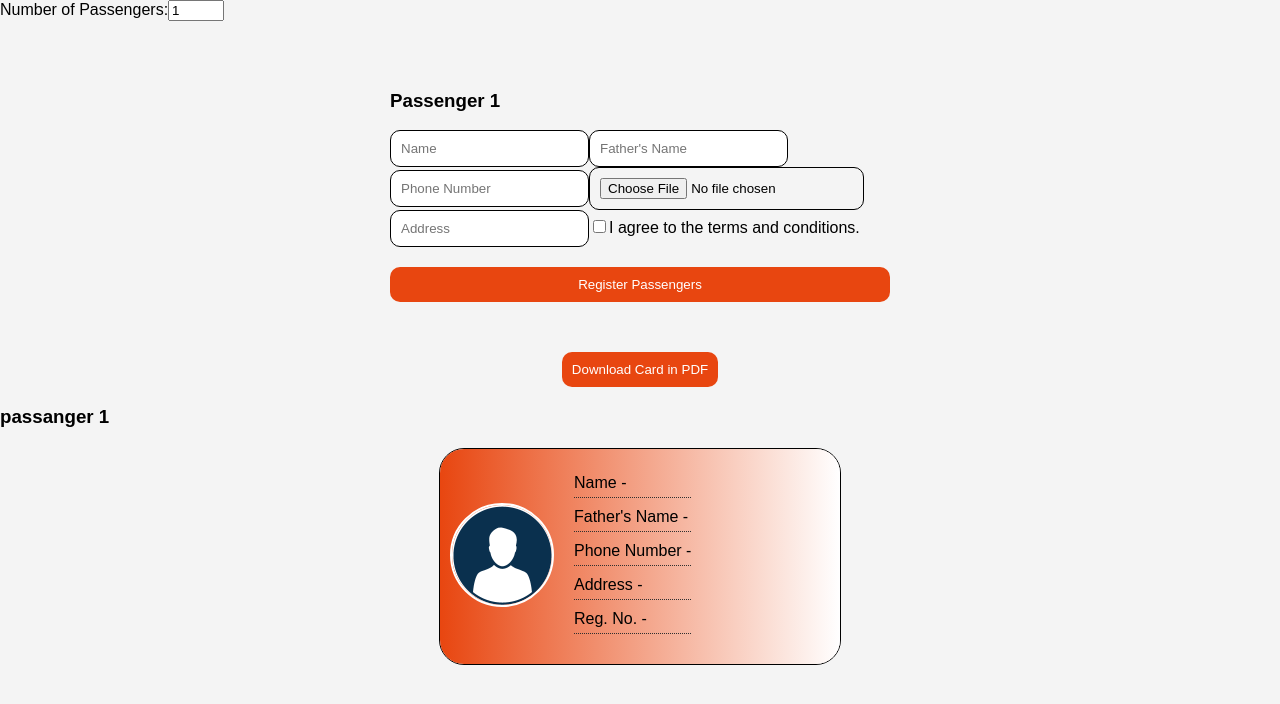
Repository: pripriya09/StudentID-Card-Download
Page: / (app in frontend/)
The author's editor kept a copy of each file at every save. The page is drawn from the files as they stood at one save, then again after the next save.
The browser window is 1280 px wide. The pictures show the whole page.
The project was rebuilt for these pictures with package versions that can differ from the ones it lists, and the page was loaded fresh each time. Also part of the build but not shown: frontend/vite.config.js.

Above is the page before, as saved 2025-01-13 12:33:53.

### frontend/src/main.jsx
import React from 'react'
import ReactDOM from 'react-dom/client'
// import App from './App'
// import './index.css'
import Form from './Form.jsx'
// import IDCardForm from './copy form/IDCardForm.jsx'

ReactDOM.createRoot(document.getElementById('root')).render(
  <React.StrictMode>
    {/* <App /> */}
    <Form/>
    {/* <IDCardForm/> */}
  </React.StrictMode>,
)

### frontend/src/Form.jsx
import React, { useState, useRef } from "react";
import jsPDF from "jspdf";
import html2canvas from "html2canvas";
import axios from "axios";
import "./App.css";

const Form = () => {
  const [count, setCount] = useState(1); // Number of passengers
  const [formData, setFormData] = useState(
    Array.from({ length: 1 }, () => ({
      name: "",
      fatherName: "",
      phoneNumber: "",
      address: "",
      consent: false,
      image: null,
    }))
  );

  const fileInputRefs = useRef([]);

  const handleCountChange = (e) => {
    const newCount = parseInt(e.target.value, 10) || 1;
    setCount(newCount);

    // Adjust form data array length
    setFormData((prevData) => {
      const updatedFormData = [...prevData];
      while (updatedFormData.length < newCount) {
        updatedFormData.push({
          name: "",
          fatherName: "",
          phoneNumber: "",
          address: "",
          consent: false,
          image: null,
        });
      }
      return updatedFormData.slice(0, newCount);
    });
  };

  const handleChange = (index, e) => {
    const { name, value, type, checked, files } = e.target;
    setFormData((prevData) => {
      const updatedData = [...prevData];
      if (type === "checkbox") {
        updatedData[index][name] = checked;
      } else if (type === "file") {
        const reader = new FileReader();
        reader.onloadend = () => {
          updatedData[index][name] = reader.result;
          setFormData(updatedData);
        };
        if (files[0]) reader.readAsDataURL(files[0]);
      } else {
        updatedData[index][name] = value;
      }
      return updatedData;
    });
  };

  const handleSubmit = async (e) => {
    e.preventDefault();

    // Ensure all passengers have agreed to terms
    if (formData.some((data) => !data.consent)) {
      alert("All passengers must agree to the terms and conditions.");
      return;
    }

    try {
      const formDataToSubmit = formData.map((data) => {
        // Convert the data into a format the backend expects
        const { name, fatherName, phoneNumber, address, image, consent } = data;
        return {
          name,
          fatherName,
          phoneNumber,
          address,
          image, // Base64 image
          consent,
        };
      });

      const response = await axios.post("http://localhost:6009/api/students", {
        passengers: formDataToSubmit,
      });

      if (response.status === 200) {
        alert("Passengers registered successfully.");
        console.log("Response Data:", response.data);

        // If the backend provides registration numbers, update the state
        setFormData((prevData) =>
          prevData.map((data, index) => ({
            ...data,
            registrationNumber: response.data.registrationNumbers[index],
          }))
        );
      } else {
        alert("Failed to register passengers. Please try again.");
      }
    } catch (error) {
      console.error("Error submitting form:", error);
      alert("An error occurred while submitting the form.");
    }
  };

  const handleDownloadPDF = () => {
    const pdf = new jsPDF();
    const idCardElements = document.querySelectorAll(".student_id");

    Promise.all(
      Array.from(idCardElements).map((card) =>
        html2canvas(card, { scale: 1 }).then((canvas) =>
          canvas.toDataURL("image/png")
        )
      )
    ).then((images) => {
      const pdfWidth = pdf.internal.pageSize.getWidth();
      const pdfHeight = pdf.internal.pageSize.getHeight();

      // Define ID card dimensions and spacing
      const cardWidth = 100; // Set desired width for the ID card
      const cardHeight = 60; // Set desired height for the ID card
      const margin = 10; // Margin between cards
      const cardsPerRow = Math.floor(
        (pdfWidth - margin) / (cardWidth + margin)
      );

      let x = margin;
      let y = margin;

      images.forEach((imgData, index) => {
        // Add image to the PDF
        pdf.addImage(imgData, "PNG", x, y, cardWidth, cardHeight);

        // Update x and y for the next card
        x += cardWidth + margin;

        // Move to the next row if the current row is full
        if ((index + 1) % cardsPerRow === 0) {
          x = margin;
          y += cardHeight + margin;

          // Add a new page if the current page is full
          if (y + cardHeight + margin > pdfHeight) {
            pdf.addPage();
            y = margin;
          }
        }
      });

      // Save the PDF
      pdf.save("Passenger_ID_Cards.pdf");
    });
  };

  return (
    <div className="maincontainer">
      <div className="App">
        <label>
          Number of Passengers:
          <input
            type="number"
            min="1"
            max="10"
            value={count}
            onChange={handleCountChange}
          />
        </label>
        <form onSubmit={handleSubmit}>
          {formData.map((data, index) => (
            <div key={index} className="form-section">
              <h3>Passenger {index + 1}</h3>
              <input
                type="text"
                name="name"
                placeholder="Name"
                value={data.name}
                onChange={(e) => handleChange(index, e)}
                required
              />
              <input
                type="text"
                name="fatherName"
                placeholder="Father's Name"
                value={data.fatherName}
                onChange={(e) => handleChange(index, e)}
                required
              />
              <input
                type="tel"
                name="phoneNumber"
                placeholder="Phone Number"
                value={data.phoneNumber}
                onChange={(e) => handleChange(index, e)}
                required
              />
              <input
                type="file"
                name="image"
                onChange={(e) => handleChange(index, e)}
                ref={(el) => (fileInputRefs.current[index] = el)}
                required
              />
              <input
                type="text"
                name="address"
                placeholder="Address"
                value={data.address}
                onChange={(e) => handleChange(index, e)}
                required
              />
              <label>
                <input
                  type="checkbox"
                  name="consent"
                  checked={data.consent}
                  onChange={(e) => handleChange(index, e)}
                  required
                />
                I agree to the terms and conditions.
              </label>
            </div>
          ))}
          <button type="submit">Register Passengers</button>
        </form>
        <div className="download-pdf">
          <button className="id-print-btn" onClick={handleDownloadPDF}>
            Download Card in PDF
          </button>
        </div>

        {formData.map((data, index) => (
          <>
            {" "}
            <h3>passanger {index + 1}</h3>
            <div key={index} className="student_id">
              <div className="top_section">
                <div className="profile_photo">
                  <img
                    src={
                      data.image ||
                      "data:[embedded picture, 3406 characters]"
                    }
                    alt={`Passenger ${index + 1}`}
                  />
                </div>
                <div className="student_name">
                  <ul className="student_info">
                    <li className="name"></li>
                  </ul>
                  <p>Name - {data.name}</p>
                  <p>Father's Name - {data.fatherName}</p>
                  <p>Phone Number - {data.phoneNumber}</p>
                  <p>Address - {data.address}</p>
                  <p>Reg. No. - {data.registrationNumber}</p>
                </div>
              </div>
            </div>
          </>
        ))}
      </div>
    </div>
  );
};

export default Form;

### frontend/src/App.css
/* General styling */
body {
  font-family: Arial, sans-serif;
  margin: 0;
  padding: 0;
  background-color: #f4f4f4;
}

.student_id {
  width: 400px;
  background-color: #fff;
  border-radius: 25px;
  border: solid 1px black;
  margin: 20px auto;
  overflow: hidden;
  /* box-shadow: 1px 2px 4px #a9a39e, 0px 1px 0px #a9a39e, 2px 1px 0px #a9a39e,
    1px 2px 0px #a9a39e, 3px 2px 0px #958b83, 2px 3px 0px #958b83,
    4px 3px 0px #93867c, 3px 4px 0px #93867c, 5px 4px 0px #93867c,
    4px 5px 0px #93867c; */
}

.top_section {
  display: flex;
  padding: 10px;
  background: linear-gradient(to right, #e84610, #ffffff);
  color: white;
  justify-content: flex-start;
  align-items: center;
}

.profile_photo {
  flex-shrink: 0;
}

.profile_photo img {
  width: 100px;
  height: 100px;
  border-radius: 50%;
  border: 2px solid #fff;
  object-fit: cover;
}
form{
  display: flex;
  flex-direction: column;
  gap: 20px;
  max-width: 500px;
  margin: 50px auto;
}
form input{
  padding: 10px;
  border: solid 1px black;
  color: black;
  border-radius: 10px;
}
form button{
  padding: 10px;
  color: #fff;
  background-color: #e84610;
  border-radius: 10px;
  border: none;
}
.download-pdf{
  display: flex;
  justify-content: center;
}


.student_name {
  display: flex;
  margin: 15px 0px 10px 20px;
  flex-direction: column;
  justify-content: center;
}

.student_info {
  list-style: none;
  padding: 0;
  margin: 0;
}

.bottom_section {
  padding: 10px 25px;
}

.student_details {
  margin-top: 10px;
}

p {
  margin-bottom: 10px;
  margin-top: 0px;
  color: black;
  padding-bottom: 5px;
  border-bottom: dotted 1px #303030;
}
.id-print-btn {
  padding: 10px;
  background-color: #e84610;
  border: none;
  color: white;
  border-radius: 10px;
  margin: 15px 0px;
  margin: auto;
}

Loaded but not shown: frontend/index.html (common file)

After the next save:
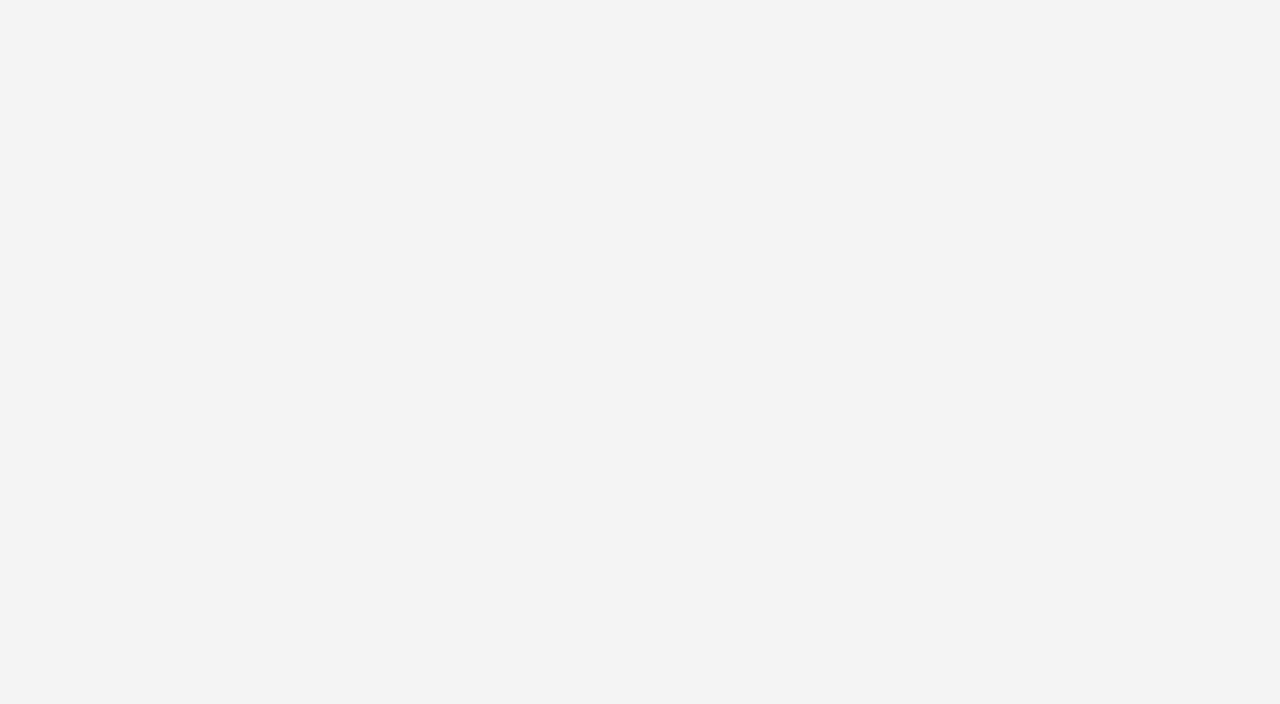
Console error: ReferenceError: disease is not defined
Saved 18 s later.
--- a/frontend/src/Form.jsx
+++ b/frontend/src/Form.jsx
@@ -14,6 +14,7 @@
       address: "",
       consent: false,
       image: null,
+      disease
     }))
   );
 

After the 2 saves that followed:
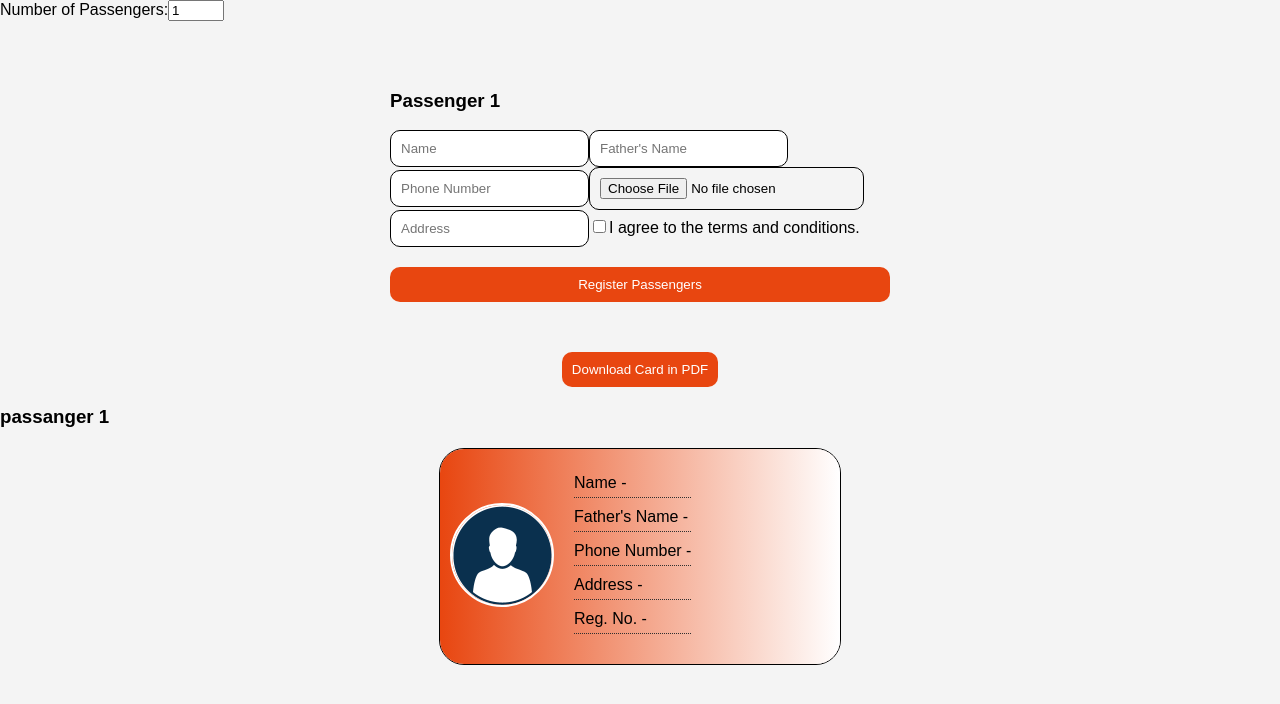
The error is gone.
The 2 saves are shown as one change because they came seconds apart.
The last was saved 6 s later.
--- a/frontend/src/Form.jsx
+++ b/frontend/src/Form.jsx
@@ -14,7 +14,7 @@
       address: "",
       consent: false,
       image: null,
-      disease
+      disease:"",
     }))
   );
 
